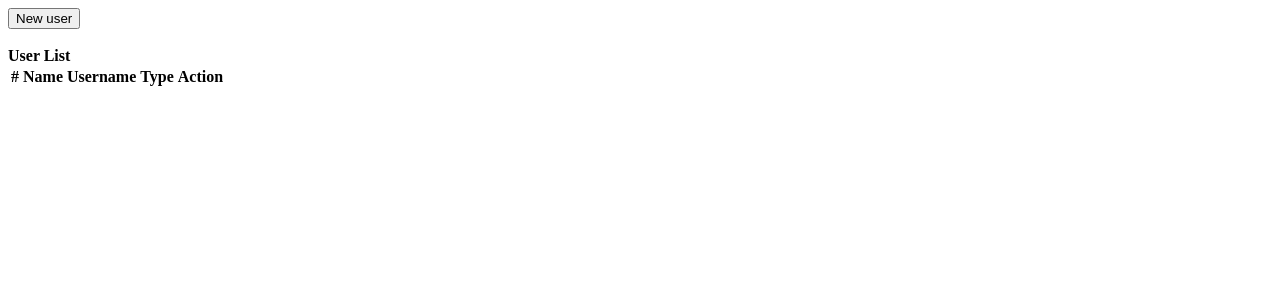
Repository: JyrossC/POS-PHP
Page: http://localhost/users.php
The author's editor kept a copy of each file at every save. The page is drawn from the files as they stood at one save, then again after the next save.
The browser window is 1280 px wide. The pictures show the whole page.
The page is run by PHP 8.4 with error messages shown; the project is at /var/www/html/. Queries for data that is not in the repository find no rows.

Above is the page before, as saved 2024-08-22 20:19:18.
Console error: ReferenceError: $ is not defined

After the next save:
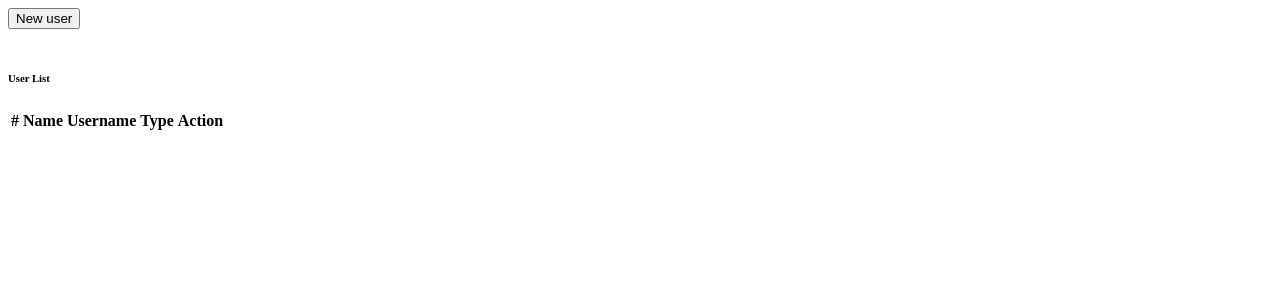
Saved 3 min 12 s later.
--- a/POS System/users.php
+++ b/POS System/users.php
@@ -12,7 +12,7 @@
 	<br>
 	<div class="col-lg-12">
 		<div class="card ">
-			<div class="card-header"><b>User List</b></div>
+			<div class="card-header"><b><h6>User List</h6></b></div>
 			<div class="card-body">
 				<table class="table table-hover">
 			<thead>
